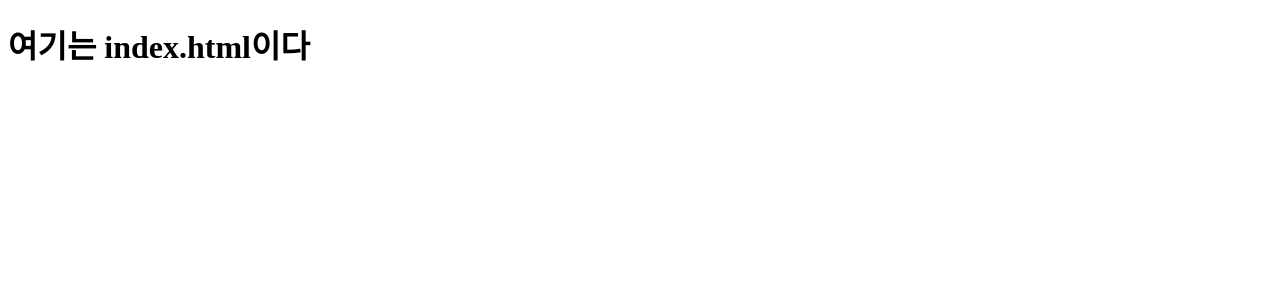
Repository: Yuram-Park/acorn_study
Page: ServletTest3/src/main/webapp/index.html
An editor plug-in stored every save of this project. The page is shown before and after the next save, followed by the edit.
The browser window is 1280 px wide. The pictures show the whole page.

Above is the page before, as saved 2023-09-14 03:19:31.

### ServletTest3/src/main/webapp/index.html
<!DOCTYPE html>
<html>
<head>
<meta charset="UTF-8">
<title>Insert title here</title>
</head>
<body>
	<h1>여기는 index.html이다</h1>

</body>
</html>

After the next save:
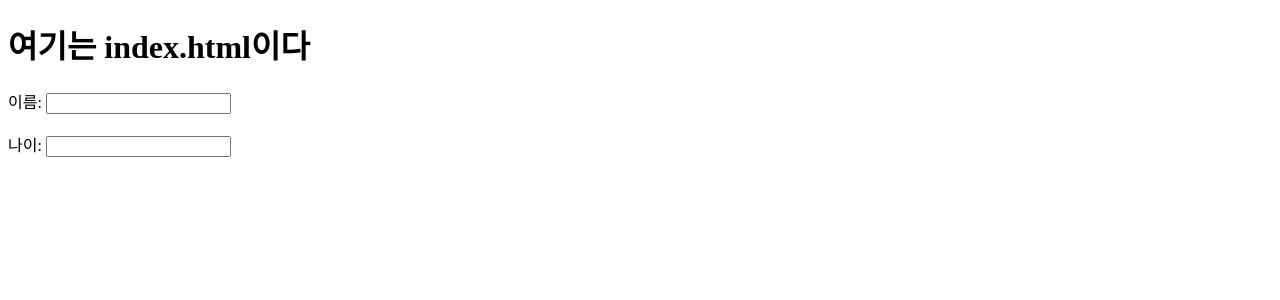
Saved 19 min 30 s later.
--- a/ServletTest3/src/main/webapp/index.html
+++ b/ServletTest3/src/main/webapp/index.html
@@ -7,5 +7,8 @@
 <body>
 	<h1>여기는 index.html이다</h1>
 
+	이름: <input type = "text" name="name"><br><br>
+	나이: <input type = "text" name="age"><br><br>
+
 </body>
 </html>
